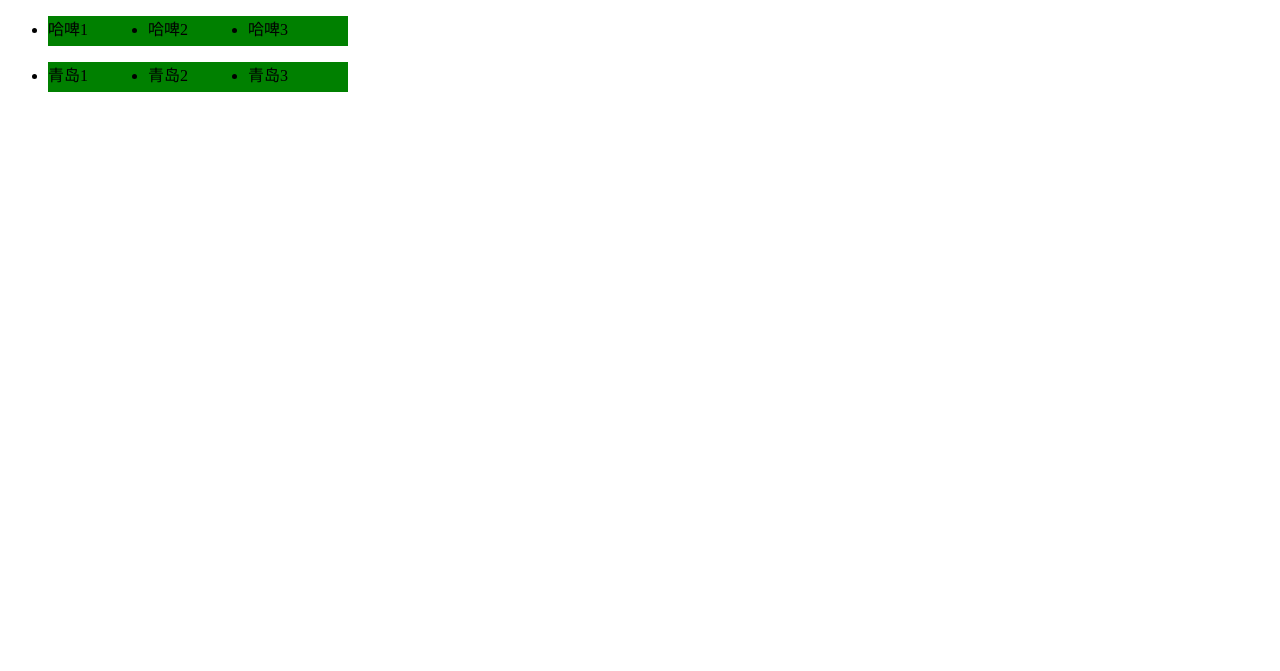
Repository: wyhzglgithub/mygitremote
Page: css/21-内墙法.html
These files come from the project's save history. The page is drawn as it stood at one moment and after the next save; the edit follows.
The browser window is 1280 px wide. The pictures show the whole page.

Above is the page before, as saved 2021-10-13 17:31:07.

### css/21-内墙法.html
<!DOCTYPE html>
<html lang="en">
<head>
    <meta charset="UTF-8">
    <meta http-equiv="X-UA-Compatible" content="IE=edge">
    <meta name="viewport" content="width=device-width, initial-scale=1.0">
    <title>内墙法清除浮动</title>
    <style type="text/css">
        li{
            float: left;
            width: 100px;
            height: 30px;
            background-color:green;
        }
        .neiqiang{
            clear: both;
        }
    </style>

</head>
<body>
    <div class="box1">
        <ul>
            <li>哈啤1</li>
            <li>哈啤2</li>
            <li>哈啤3</li>
        </ul>
        <div class="neiqiang"></div>
    </div>
    <div class="box2">
        <ul>
            <li>青岛1</li>
            <li>青岛2</li>
            <li>青岛3</li>
        </ul>
    </div>
</body>
</html>

After the next save:
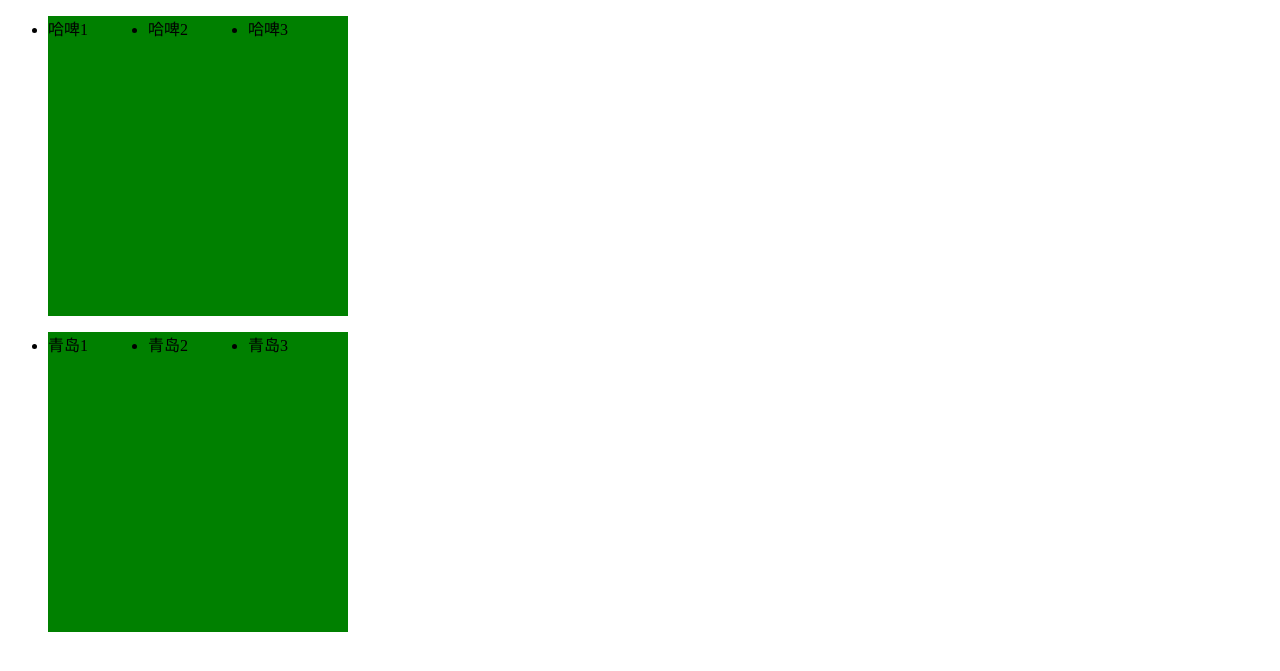
Saved 28 s later.
--- a/css/21-内墙法.html
+++ b/css/21-内墙法.html
@@ -9,7 +9,7 @@
         li{
             float: left;
             width: 100px;
-            height: 30px;
+            height: 300px;
             background-color:green;
         }
         .neiqiang{
